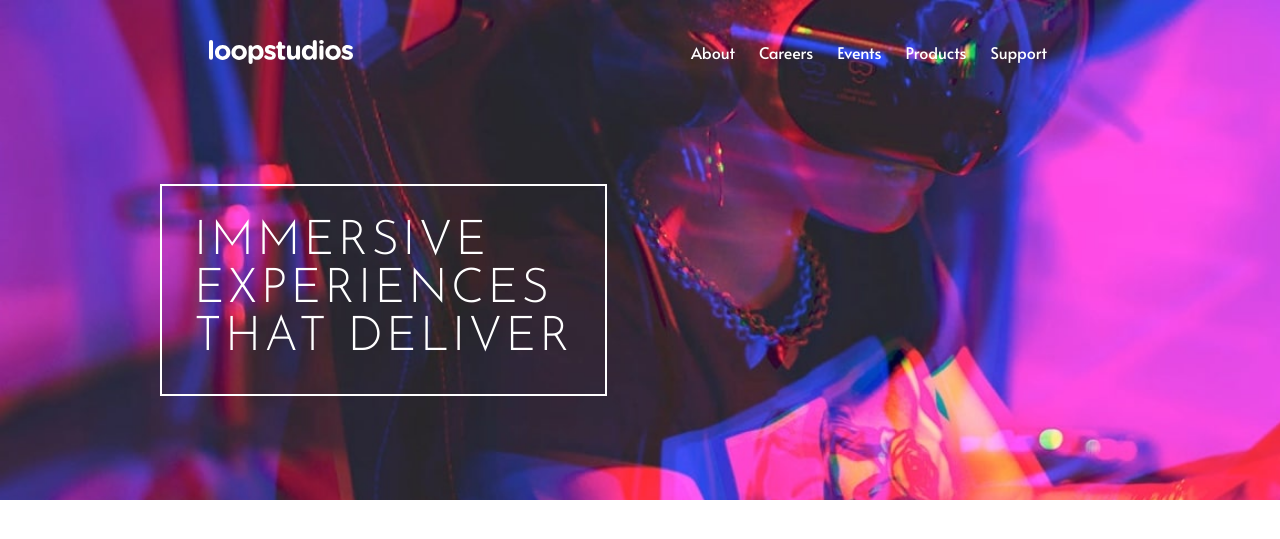
Repository: gligor99/loopstudios-fm
Page: /
These files come from the project's save history. The page is drawn as it stood at one moment and after the next save; the edit follows.
The browser window is 1280 px wide. The pictures show the whole page.
The project was rebuilt for these pictures with package versions that can differ from the ones it lists, and the page was loaded fresh each time.

Above is the page before, as saved 2021-11-28 15:25:23.

### src/index.css
@import url('https://fonts.googleapis.com/css2?family=Alata&family=Josefin+Sans:wght@300&display=swap');

:root {
  --clr-white: hsl(0, 0%, 100%);
  --clr-black: hsl(0, 0%, 0%);
  --clr-dark-gray: hsl(0, 0%, 55%);
  --clr-very-dark-gray: hsl(0, 0%, 41%)
}

*,
::after,
::before {
  margin: 0;
  padding: 0;
  box-sizing: border-box;
}

body {
  font-family: "Alata", sans-serif;
  background: var(--clr-light-grayish-cyan);
  color: var(--clr-grey-1);
  font-size: 1rem;
}

### src/App.jsx
import Hero from "./components/Hero/Hero";


function App() {
  return (
    <div className="App">
      <Hero />
    </div>
  );
}

export default App;

### src/components/Hero/Hero.jsx
import React from "react";
import Navbar from "../Navbar/Navbar";
import "./hero.css";

const Hero = () => {
  return (
    <div className="container">
      <Navbar />
      <div className="container-content">
        <h1 className="title">
          Immersive <br /> experiences <br />
          that deliver
        </h1>
      </div>
    </div>
  );
};

export default Hero;

### src/components/Navbar/Navbar.jsx
import logo from "../../assets/logo.svg";
import "./navbar.css";

const Navbar = () => {
  return (
    <div className="wrapper">
      <img src={logo} alt="logo.svg" />
      <ul>
        <li>
          <a href="/about">About</a>
        </li>
        <li>
          <a href="/careers">Careers</a>
        </li>
        <li>
          <a href="/events">Events</a>
        </li>
        <li>
          <a href="/products">Products</a>
        </li>
        <li>
          <a href="/support">Support</a>
        </li>
      </ul>
    </div>
  );
};

export default Navbar;

### src/components/Hero/hero.css
.container {
    background: url('../../assets/desktop/image-hero.jpg');
    background-repeat: no-repeat;
    background-attachment: fixed;
    background-size: cover;
    height: 500px;
}
.container-content {
    display: flex;
    justify-content: flex-start;
    align-items: center;
    margin-top: 5rem;
    margin-left: 10rem;
}

.title {
    border: 2px solid var(--clr-white);
    padding: 2rem;
    text-transform: uppercase;
    font-family: 'Josefin Sans' , sans-serif;
    font-size: 3rem;
    font-weight: 100;
    letter-spacing: 0.2rem;
    color: white;
}

### src/components/Navbar/navbar.css
.wrapper {
  display: flex;
  flex-direction: row;
  justify-content: space-around ;
  align-items: center;
  margin: auto;
  padding: 2.5rem;
  background-color: transparent;
}
img {
  height: 1.5rem;
}
ul {
  display: flex;
  flex-wrap: nowrap;
  justify-content: space-evenly;
}
li {
  list-style-type: none;
  padding-right: 1.5rem;
}
a {
  position: relative;
  display: inline-block;
  text-decoration: none;
  color: var(--clr-white);
}
a:after {
  content: "";
  position: absolute;
  left: 0;
  top: 100%;
  width: 0;
  height: 1.8px;
  background-color: var(--clr-white);
  transition: width 0.2s ease-in-out;
}
a:hover:after {
  width: 100%;
}

Loaded but not shown: public/index.html (common file); src/index.jsx (common file)

After the next save:
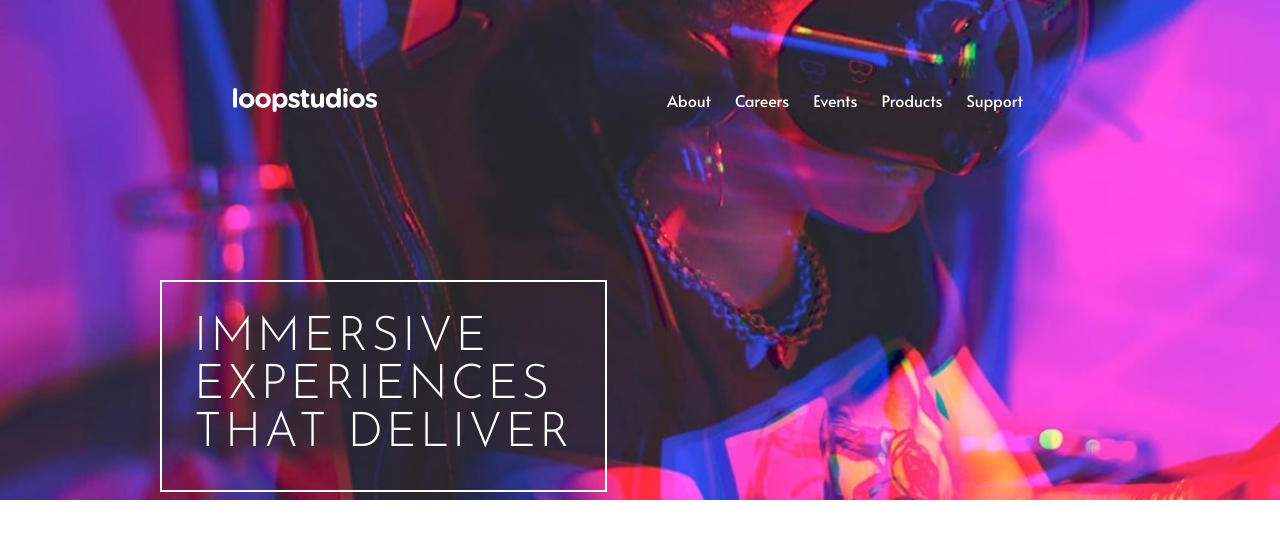
Saved 17 s later.
--- a/src/components/Navbar/navbar.css
+++ b/src/components/Navbar/navbar.css
@@ -4,7 +4,7 @@
   justify-content: space-around ;
   align-items: center;
   margin: auto;
-  padding: 2.5rem;
+  padding: 5.5rem;
   background-color: transparent;
 }
 img {

After the save that followed:
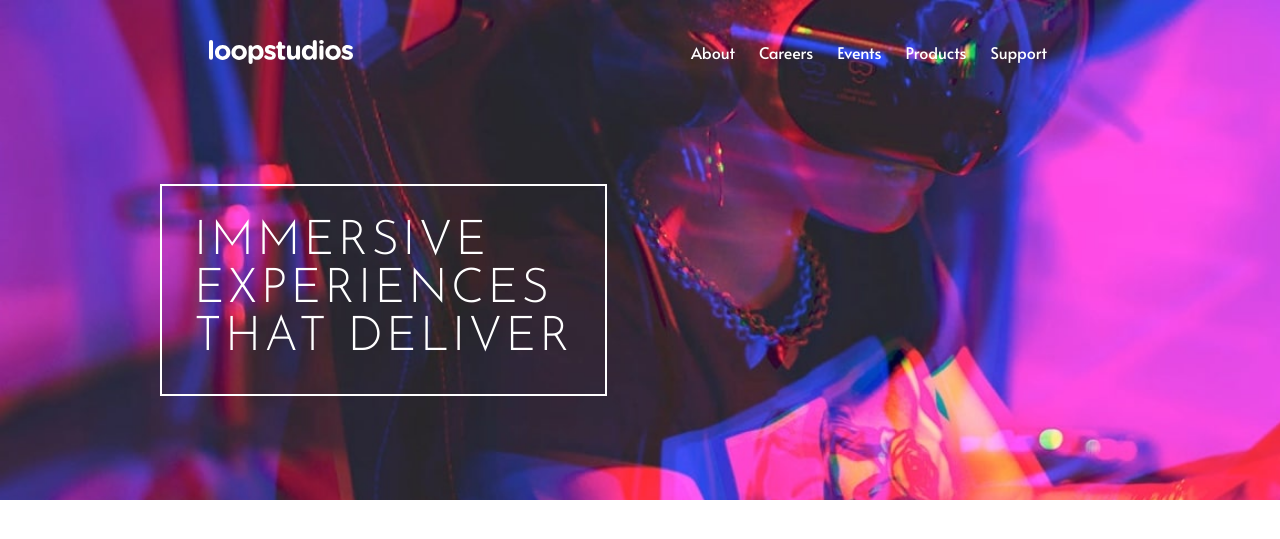
Saved 15 s later.
--- a/src/components/Navbar/navbar.css
+++ b/src/components/Navbar/navbar.css
@@ -4,7 +4,7 @@
   justify-content: space-around ;
   align-items: center;
   margin: auto;
-  padding: 5.5rem;
+  padding: 2.5rem;
   background-color: transparent;
 }
 img {
